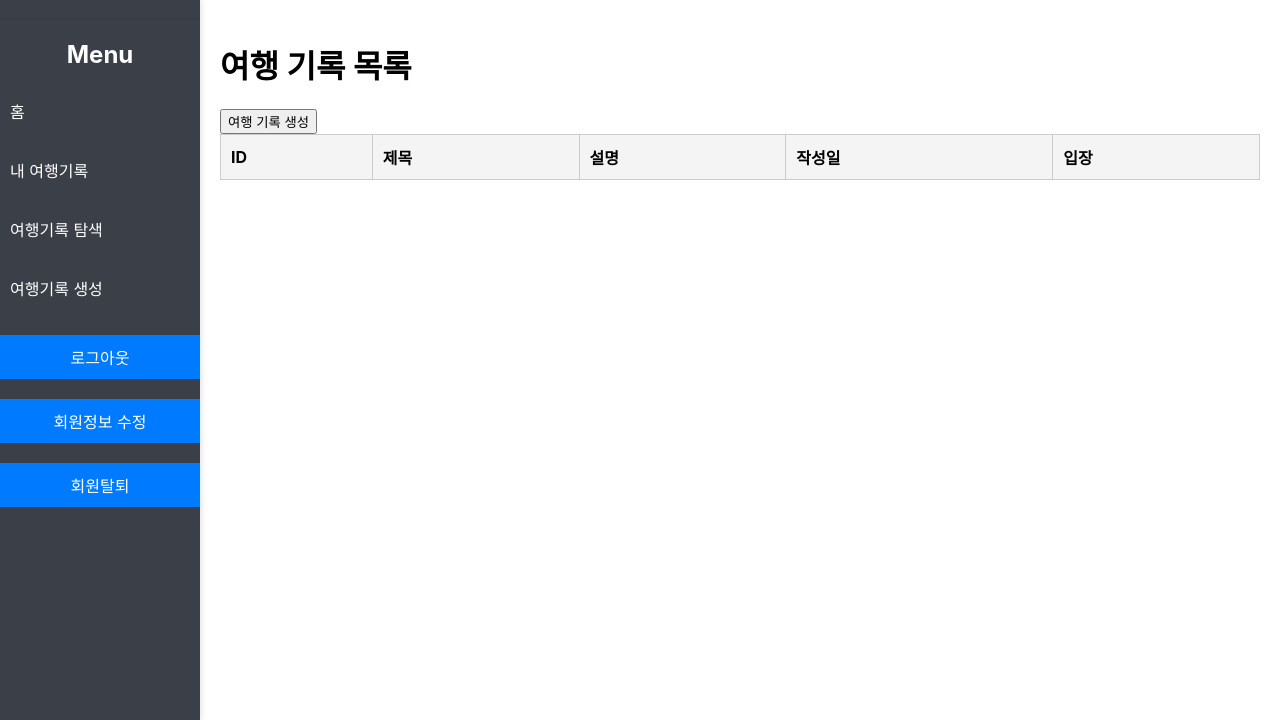
Repository: gimm5550/frontend2
Page: /mainlist
These files come from the project's save history. The page is drawn as it stood at one moment and after a run of saves; the edit follows.
The browser window is 1280 px wide. The pictures show the whole page.
The page's requests for data from a server got no answer. The project was rebuilt for these pictures with package versions that can differ from the ones it lists, and the page was loaded fresh each time. No one was signed in, and anything a server would have sent is missing. Also part of the build but not shown: src/url.js, src/components/common/KakaoLoginButton.js, src/components/FromServer.js, src/components/common/Footer.js, src/components/common/Header.js, src/components/layout/LandingPageLayout.js, src/components/LoginForm.js, src/components/layout/LoginFormLayout.js and 22 more.

Above is the page before, as saved 2024-11-20 17:35:49.

### public/index.html
<!DOCTYPE html>
<html lang="en">
  <head>
    <meta charset="utf-8" />
    <link rel="icon" href="%PUBLIC_URL%/favicon.ico" />
    <meta name="viewport" content="width=device-width, initial-scale=1" />
    <meta name="theme-color" content="#000000" />
    <meta
      name="description"
      content="Web site created using create-react-app"
    />
    <link rel="apple-touch-icon" href="%PUBLIC_URL%/logo192.png" />
    <!--
      manifest.json provides metadata used when your web app is installed on a
      user's mobile device or desktop. See https://developers.google.com/web/fundamentals/web-app-manifest/
    -->
    <link rel="manifest" href="%PUBLIC_URL%/manifest.json" />
    <!--
      Notice the use of %PUBLIC_URL% in the tags above.
      It will be replaced with the URL of the `public` folder during the build.
      Only files inside the `public` folder can be referenced from the HTML.

      Unlike "/favicon.ico" or "favicon.ico", "%PUBLIC_URL%/favicon.ico" will
      work correctly both with client-side routing and a non-root public URL.
      Learn how to configure a non-root public URL by running `npm run build`.
    -->
    <title>React App</title>
    <script src="https://developers.kakao.com/sdk/js/kakao.min.js"></script> <!-- 카카오 SDK 추가 -->
  </head>
  <body>
    <noscript>You need to enable JavaScript to run this app.</noscript>
    <div id="root"></div>
    <!--
      This HTML file is a template.
      If you open it directly in the browser, you will see an empty page.

      You can add webfonts, meta tags, or analytics to this file.
      The build step will place the bundled scripts into the <body> tag.

      To begin the development, run `npm start` or `yarn start`.
      To create a production bundle, use `npm run build` or `yarn build`.
    -->
  </body>
</html>

### src/index.js
import React from 'react';
import ReactDOM from 'react-dom/client';
import './index.css';
import App from './App';
import reportWebVitals from './reportWebVitals';
import { BrowserRouter } from 'react-router-dom';
// 카카오 SDK 초기화
if (window.Kakao) {
  window.Kakao.init("629a046bf0fa611328bd69bc1571aa3a"); // 카카오 JavaScript 키로 SDK 초기화
  console.log("Kakao SDK initialized:", window.Kakao.isInitialized());
}
const root = ReactDOM.createRoot(document.getElementById('root'));
root.render(
  <React.StrictMode>
    <BrowserRouter>
      <App />
    </BrowserRouter>
  </React.StrictMode>
);

// If you want to start measuring performance in your app, pass a function
// to log results (for example: reportWebVitals(console.log))
// or send to an analytics endpoint. Learn more: https://bit.ly/CRA-vitals
reportWebVitals();

### src/App.js
import React from 'react';
import './App.css';
import { Route, Routes, useLocation } from 'react-router-dom';
import LandingPageLayout from './components/layout/LandingPageLayout';
import routes from './routes';
import { AuthProvider } from './AuthContext'; // AuthProvider import
import MenuBar from "./components/common/MenuBar";

function App() {
  const location = useLocation(); // React Router의 useLocation 훅 사용

  const getRoutes = (allRoutes) =>
    allRoutes.map((route) => {
      if (route.route) {
        return (
          <Route
            exact
            path={route.route}
            element={route.component}
            key={route.key}
          />
        );
      }
      return null;
    });
  // 로그인 페이지 여부 확인
  const isLoginPage = location.pathname === '/login';

  return (
    <div className="App">
      <AuthProvider>
        {/* Flexbox 컨테이너 */}
        <div className="layout">
          <div class="menu-bar" style={{
              width: isLoginPage ? '0' : '200px' // 메뉴바가 없을 때는 전체 폭 사용
            }}>
            <MenuBar></MenuBar>
          </div>
          {/* 오른쪽 본문 */}
          <div className="main-content1">
            <Routes>
              {getRoutes(routes)}
              <Route path="*" element={<LandingPageLayout />} />
            </Routes>
          </div>
        </div>
      </AuthProvider>
    </div>
  );
}

export default App;

### src/App.css
/* 전체 Flexbox 레이아웃 */
.layout {
  display: flex; /* 메뉴바와 본문을 가로로 배치 */
  height: 100vh; /* 전체 화면 높이 */
  margin: 0;
  padding: 0;
  overflow: hidden; /* 스크롤바 숨김 */
}

/* 메뉴바 스타일 */
.menu-bar {
  flex-shrink: 0; /* 고정된 크기 유지 */
  width: 250px; /* 메뉴바 너비 */
  height: 100vh; /* 메뉴바 높이를 화면 전체에 맞춤 */
  background-color: #3b3f47; /* 메뉴바 배경색 */
  box-shadow: 2px 0 5px rgba(0, 0, 0, 0.1); /* 그림자 효과 */
  overflow: hidden; /* 스크롤바 완전히 제거 */
  box-sizing: border-box; /* 패딩 포함 크기 계산 */
  position: relative; /* Flexbox 레이아웃 안에서 위치 고정 */
  z-index: 10; /* 다른 요소 위에 배치 */
  color: #ffffff; /* 메뉴바 텍스트 색상 */
  display: flex;
  flex-direction: column; /* 항목을 세로로 정렬 */
  align-items: center; /* 항목을 왼쪽 정렬 */
  padding: 20px; /* 내부 여백 */
}

/* 메뉴 제목 스타일 */
.menu-bar h3 {
  margin: 0;
  padding: 0;
  font-size: 1.5rem;
  font-weight: bold;
  color: #ffffff; /* 제목 텍스트 색상 */
  margin-bottom: 20px; /* 아래 여백 추가 */
}

/* 메뉴 아이템 리스트 */
.menu-bar ul {
  list-style: none; /* 기본 리스트 스타일 제거 */
  padding: 0;
  margin: 0;
  width: 100%; /* 메뉴 리스트가 메뉴바의 전체 너비를 사용 */
}

/* 메뉴 아이템 스타일 */
.menu-bar ul li {
  margin-bottom: 15px; /* 각 메뉴 항목 간격 */
}

.menu-bar ul li a {
  text-decoration: none; /* 링크 밑줄 제거 */
  color: #ffffff; /* 링크 텍스트 색상 */
  font-size: 1rem;
  padding: 10px 15px; /* 링크 내부 여백 */
  border-radius: 5px; /* 링크 모서리를 둥글게 */
  display: block; /* 블록 요소로 설정 */
  transition: background-color 0.3s ease; /* 배경색 전환 효과 */
}

.menu-bar ul li a:hover {
  background-color: #5c5f67; /* 호버 시 배경색 변경 */
  color: #ffffff; /* 호버 시 텍스트 색상 유지 */
}

/* 메뉴바 버튼 스타일 */
.menu-bar button {
  width: 100%; /* 버튼이 메뉴바의 전체 너비를 사용 */
  margin: 10px 0; /* 버튼 간격 */
  padding: 10px 15px; /* 버튼 내부 여백 */
  font-size: 1rem;
  color: #ffffff; /* 버튼 텍스트 색상 */
  background-color: #007bff; /* 기본 배경색 (파란색) */
  border: none; /* 테두리 제거 */
  border-radius: 5px; /* 모서리를 둥글게 */
  cursor: pointer; /* 마우스 포인터 변경 */
  transition: background-color 0.3s ease; /* 배경색 전환 효과 */
}

.menu-bar button:hover {
  background-color: #0056b3; /* 호버 시 배경색 어둡게 */
}

/* 본문 영역 스타일 */
.main-content1 {
  flex: 1; /* 남은 공간을 유동적으로 채움 */
  overflow-y: auto; /* 세로 스크롤 허용 */
  padding: 20px; /* 내부 여백 */
  background-color: #ffffff; /* 본문 배경색 */
  box-sizing: border-box; /* 패딩 포함 크기 계산 */
}

/* 여백 제거 */
body, html {
  margin: 0;
  padding: 0;
  width: 100%;
  height: 100%;
}
.comments-section {
  margin: 20px auto;
  max-width: 10000px;
  padding: 20px;
  background-color: #f9f9f9;
  border-radius: 10px;
  box-shadow: 0 4px 10px rgba(0, 0, 0, 0.1);
}

.comments-title {
  font-size: 1.5rem;
  margin-bottom: 10px;
  color: #333;
}

.comments-list {
  list-style: none;
  padding: 0;
  margin: 0;
}

.comment-item {
  margin-bottom: 15px;
  padding: 10px;
  background: #fff;
  border-radius: 8px;
  box-shadow: 0 2px 5px rgba(0, 0, 0, 0.1);
}

.comment-header {
  display: flex;
  justify-content: space-between;
  margin-bottom: 5px;
  font-size: 0.9rem;
  color: #555;
}

.comment-author {
  font-weight: bold;
}

.comment-timestamp {
  font-size: 0.8rem;
  color: #999;
}

.comment-content {
  font-size: 1rem;
  color: #333;
  margin: 0;
}

.comment-form {
  display: flex;
  flex-direction: column;
  gap: 10px;
  margin-top: 20px;
}

.comment-input,
.comment-textarea {
  width: 100%;
  padding: 10px;
  border: 1px solid #ccc;
  border-radius: 5px;
  font-size: 1rem;
  background: #fff;
}

.comment-input:focus,
.comment-textarea:focus {
  outline: none;
  border-color: #007bff;
}

.comment-submit-button {
  align-self: flex-end;
  padding: 10px 20px;
  background-color: #007bff;
  color: white;
  border: none;
  border-radius: 5px;
  cursor: pointer;
  font-size: 1rem;
  transition: background-color 0.3s ease;
}

.comment-submit-button:hover {
  background-color: #0056b3;
}
.map-container {
  display: flex;
  width: 100%;
  height: 100vh; /* 화면 전체 높이 */
}

.google_map {
  flex: 1; /* 지도는 가변적으로 남은 공간을 차지 */
  height: 100%;
}

.place_info {
  width: 300px; /* 고정된 너비 */
  background-color: #f9f9f9;
  display: flex;
  justify-content: center;
  align-items: center;
  border-left: 1px solid #ccc; /* 지도와 구분선을 추가 */
  padding: 20px;
  box-sizing: border-box;
}

### src/routes.js
import LoginFormLayout from "./components/layout/LoginFormLayout";
import UserDetailLayout from "./components/layout/UserDetailLayout";
import RegisterFormLayout from "./components/layout/RegisterFormLayout";
import MainListLayout from "./components/layout/MainListLayout"; // community_detail
import CommunityDetailLauout from "./components/layout/community_detailLayout";
import NewCommunityLayout from "./components/layout/NewCommunityLayout";
import CommunityViewLayout from "./components/layout/CommunityViewLayout"; // AdminClient
import AdminClientLayout from "./components/layout/AdminClientLayout";
import EditFormLayout from "./components/layout/EditFormLayout";
import GoogleMapLayout from "./components/layout/GoogleMapLayout"; // MyTravelLayout
import MyTravelLayout from "./components/layout/MyTravelLayout";
import MyTravelLayout_BypolylineId from "./components/layout/MyTravelLayout_BypolylineId";
import TravelLayout from "./components/layout/TravelLayout";
const routes = [
    {
        name:"UserDetail",
        key:"userDetail",
        route:"/user-detail/:userId",
        component:<UserDetailLayout></UserDetailLayout>
    },
    {
        name:"LoginForm",
        key:"loginForm",
        route:"/login",
        component:<LoginFormLayout></LoginFormLayout>
    },
    {
        name:"RegisterForm",
        key:"RegisterForm",
        route:"/register",
        component:<RegisterFormLayout></RegisterFormLayout>
    },
    {
        name:"MainList",
        key:"MainList",
        route:"/mainlist",
        component:<MainListLayout></MainListLayout>
    },
    {
        name:"community_detail",
        key:"community_detail",
        route:"/community_detail",
        component:<CommunityDetailLauout></CommunityDetailLauout>
    },
    {
        name:"new_community",
        key:"new_community",
        route:"/new_community",
        component:<NewCommunityLayout></NewCommunityLayout>
    },
    {
        name:"CommunityView",
        key:"CommunityView",
        route:"/CommunityView",
        component:<CommunityViewLayout></CommunityViewLayout>
    },
    {
        name: "CommunityView",
        key: "communityView",
        route: "/CommunityView/:id", // ID를 URL 매개변수로 받도록 수정
        component: <CommunityViewLayout></CommunityViewLayout>
    },
    {
        name: "AdminClient",
        key: "AdminClient",
        route: "/AdminClient/:id", // ID를 URL 매개변수로 받도록 수정
        component: <AdminClientLayout></AdminClientLayout>
    },
    {
        name: "community_detail",
        key: "community_detail",
        route: '/community_detail/:id', // ID를 URL 매개변수로 받도록 수정
        component: <CommunityDetailLauout></CommunityDetailLauout>
    },
    {
        name: "new_community",
        key: "new_community",
        route: '/new_community/:id', // ID를 URL 매개변수로 받도록 수정 `/CommunityView/${id}/${communityId}`
        component: <NewCommunityLayout></NewCommunityLayout>
    },
    {
        name: "new_community",
        key: "new_community",
        route: '/CommunityView/:id/:communityId',
        component: <CommunityViewLayout></CommunityViewLayout>
    },
    {
        name:"EditForm",
        key:"EditForm",
        route:"/edit_info",
        component:<EditFormLayout></EditFormLayout>
    },
    {
        name:"GoogleMap",
        route: "/GoogleMap",
        component: <GoogleMapLayout />, // GoogleMapLayout 컴포넌트 연결
        key: "google-map",
    },
    {
        name:"MyTravel",
        route: "/MyTravel",
        component: <MyTravelLayout />, // GoogleMapLayout 컴포넌트 연결
        key: "MyTravel",
    },
    {
        name:"MyTravel_BypolylineId",
        route: "/MyTravel/:polylineId",
        component: <MyTravelLayout_BypolylineId />, // GoogleMapLayout 컴포넌트 연결
        key: "MyTravel_BypolylineId",
    },
    {
        name:"Travel",
        route: "/Travel",
        component: <TravelLayout />, // GoogleMapLayout 컴포넌트 연결
        key: "Travel",
    },
]
export default routes;

### src/AuthContext.js
import React, { createContext, useContext, useState } from 'react';

const AuthContext = createContext();

export const AuthProvider = ({ children }) => {
    const [user, setUser] = useState(null); // 로그인한 사용자 정보를 저장할 상태

    const login = (userData) => {
        setUser(userData); // 로그인 시 사용자 정보 저장
    };

    const logout = () => {
        setUser(null); // 로그아웃 시 사용자 정보 초기화
    };

    return (
        <AuthContext.Provider value={{ user, login, logout }}>
            {children}
        </AuthContext.Provider>
    );
};

// 사용자 정보를 가져오는 커스텀 훅
export const useAuth = () => {
    return useContext(AuthContext);
};

### src/components/common/MenuBar.js
import React, { useState, useEffect } from "react";
import { Link } from "react-router-dom";
import "../../App.css";
import { useNavigate } from "react-router-dom";
import api from "../../api";

const MenuBar = () => {
  const [isMenuOpen, setIsMenuOpen] = useState(true);
  const [user, setUser] = useState(null);
  const navigate = useNavigate();

  const handleLogout = () => {
    console.log("로그아웃 처리");
    localStorage.removeItem("user");
    navigate("/login");
  };

  useEffect(() => {
    const userData = JSON.parse(localStorage.getItem("user"));
    setUser(userData);
  }, []);

  const handleEditProfile = () => {
    console.log("회원정보 수정 페이지로 이동");
    navigate("/edit_info");
  };

  const handleDelete = () => {
    if (window.confirm("정말로 회원탈퇴를 하시겠습니까?")) {
      console.log("회원탈퇴 진행 중...");
      api
        .deleteUser(user.id)
        .then((response) => {
          console.log("회원탈퇴 성공:", response.data);
          alert("회원탈퇴가 완료되었습니다.");
          localStorage.removeItem("user");
          navigate("/login");
        })
        .catch((error) => {
          console.error("회원탈퇴 실패:", error);
          alert("회원탈퇴 처리 중 오류가 발생했습니다.");
        });
    }
  };

  return (
    <>
      {isMenuOpen && (
        <div className="menu-bar">
          <h3 className="menu-title">Menu</h3>
          <ul className="menu-list">
            <li className="menu-item">
              <Link to="/mainlist">홈</Link>
            </li>
            <li className="menu-item">
              <Link to="/MyTravel">내 여행기록</Link>
            </li>
            <li className="menu-item">
              <Link to="/Travel">여행기록 탐색</Link>
            </li>
            <li className="menu-item">
              <Link to="/GoogleMap">여행기록 생성</Link>
            </li>
          </ul>
          <button onClick={handleLogout}>로그아웃</button>
          <button onClick={handleEditProfile}>회원정보 수정</button>
          <button onClick={handleDelete}>회원탈퇴</button>
        </div>
      )}
    </>
  );
};

export default MenuBar;

### src/components/layout/CommonLayout.js
import Footer from "../common/Footer";
import Header from "../common/Header";
import MenuBar from "../common/MenuBar"; // MenuBar 컴포넌트 추가
// <MenuBar />
export default function CommonLayout({ children }) {
  return (
    <div className="common-layout">
      <div className="main-content2">
        {children}
      </div>
    </div>
  );
}

### src/components/layout/MainListLayout.js
import MainList from "../MainList";
import CommonLayout from "./CommonLayout";
export default function MainListLayout(){
    return<div>
            <CommonLayout>
                <MainList></MainList>
            </CommonLayout>
        </div>

}

### src/components/MainList.js
import React, { useEffect, useState } from "react";
import api from '../api'; // API 모듈 import
import { useNavigate } from "react-router-dom";
import '../MainList.css'; // CSS 파일 import

export default function MainList() {
    const [travelRecords, setTravelRecords] = useState([]); // 여행 기록 상태
    const [isPopupOpen, setIsPopupOpen] = useState(false); // 팝업 상태
    const [newRecord, setNewRecord] = useState({
        title: '',
        description: ''
    }); // 새로운 여행 기록 상태
    const navigate = useNavigate();

    // 여행 기록 가져오기
    const fetchTravelRecords = () => {
        api.list() // 여행 기록 목록을 가져오는 API 호출
            .then(response => {
                console.log("response!!!:", response)
                const { data } = response.data; // 서버에서 반환된 데이터 구조를 맞춤
                setTravelRecords(data); // 데이터를 상태에 저장
            })
            .catch(err => {
                console.error("여행 기록을 가져오는 중 오류 발생:", err);
            });
    };

    useEffect(() => {
        fetchTravelRecords(); // 컴포넌트가 마운트될 때 여행 기록 목록 가져오기
    }, []);

    const handleInputChange = (e) => {
        const { name, value } = e.target;
        setNewRecord(prevState => ({
            ...prevState,
            [name]: value
        }));
    };

    const handleCreateSubmit = async () => {
        try {
            // 새로운 여행 기록 생성 API 호출
            await api.createTravelRecord(newRecord.title, newRecord.description);
            alert("여행 기록이 생성되었습니다.");
            setIsPopupOpen(false); // 팝업 닫기
            fetchTravelRecords(); // 여행 기록 목록 새로고침
        } catch (err) {
            console.error("여행 기록 생성 중 오류 발생:", err);
            alert("여행 기록 생성 중 오류가 발생했습니다.");
        }
    };

    const handleEnterCommunity = (id) => {
        navigate(`/community_detail/${id}`); // 지정된 경로로 이동
    };

    return (
        <div>
            <h1>여행 기록 목록</h1>
            <button onClick={() => setIsPopupOpen(true)}>여행 기록 생성</button> {/* 여행 기록 생성 버튼 */}
            <table>
                <thead>
                    <tr>
                        <th>ID</th>
                        <th>제목</th>
                        <th>설명</th>
                        <th>작성일</th>
                        <th>입장</th>
                    </tr>
                </thead>
                <tbody>
                    {travelRecords.map(record => (
                        <tr key={record.id}>
                            <td>{record.id}</td>
                            <td>{record.title}</td>
                            <td>{record.description}</td>
                            <td>{new Date(record.createdDate).toLocaleString()}</td>
                            <td>
                                <button onClick={() => handleEnterCommunity(record.id)}>입장</button>
                            </td>
                        </tr>
                    ))}
                </tbody>
            </table>

            {/* 팝업창 */}
            {isPopupOpen && (
                <div className="popup-overlay">
                    <div className="popup">
                        <h2>여행 기록 생성</h2>
                        <label>
                            제목:
                            <input
                                type="text"
                                name="title"
                                value={newRecord.title}
                                onChange={handleInputChange}
                            />
                        </label>
                        <label>
                            설명:
                            <textarea
                                name="description"
                                value={newRecord.description}
                                onChange={handleInputChange}
                            />
                        </label>
                        <button onClick={handleCreateSubmit}>생성</button>
                        <button onClick={() => setIsPopupOpen(false)}>취소</button>
                    </div>
                </div>
            )}
        </div>
    );
}

### src/MainList.css
table {
    width: 100%;
    border-collapse: collapse; /* 경계선 겹치지 않도록 설정 */
}

th, td {
    border: 1px solid #ccc; /* 테두리 색상 */
    padding: 10px; /* 여백 */
    text-align: left; /* 왼쪽 정렬 */
}

th {
    background-color: #f4f4f4; /* 헤더 배경색 */
}

tr:hover {
    background-color: #f1f1f1; /* 마우스 오버 시 배경색 */
}
.popup-overlay {
    position: fixed;
    top: 0;
    left: 0;
    right: 0;
    bottom: 0;
    background: rgba(0, 0, 0, 0.5); /* 반투명 배경 */
    display: flex;
    justify-content: center;
    align-items: center;
    z-index: 1000; /* 다른 요소들 위에 위치하게 */
}

.popup {
    background: white;
    padding: 20px;
    border-radius: 5px;
    box-shadow: 0 2px 10px rgba(0, 0, 0, 0.1);
}

label {
    display: block;
    margin-bottom: 10px;
}

input {
    width: 100%;
    padding: 8px;
    margin-top: 5px;
    box-sizing: border-box; /* padding 포함해서 사이즈 조정 */
}
/* MainList.css */

/* 전체 컨테이너 스타일 */
.community-view {
    max-width: 800px; /* 최대 너비 */
    margin: 20px auto; /* 중앙 정렬 */
    padding: 20px; /* 안쪽 여백 */
    border: 1px solid #e0e0e0; /* 테두리 */
    border-radius: 8px; /* 모서리 둥글게 */
    background-color: #ffffff; /* 배경색 */
    box-shadow: 0 2px 10px rgba(0, 0, 0, 0.1); /* 그림자 */
}

/* 제목 스타일 */
.community-view h1 {
    font-size: 2rem; /* 큰 제목 크기 */
    color: #333; /* 제목 색상 */
    margin-bottom: 15px; /* 아래 여백 */
}

/* 부제목 스타일 */
.community-view h2 {
    font-size: 1.5rem; /* 부제목 크기 */
    color: #555; /* 부제목 색상 */
    margin: 10px 0; /* 위아래 여백 */
}

/* 본문 스타일 */
.community-view p {
    font-size: 1rem; /* 본문 크기 */
    color: #666; /* 본문 색상 */
    line-height: 1.5; /* 줄 간격 */
    margin-bottom: 20px; /* 아래 여백 */
}

/* 댓글 목록 스타일 */
.community-view ul {
    list-style-type: none; /* 기본 목록 스타일 제거 */
    padding: 0; /* 기본 여백 제거 */
}

.community-view li {
    background-color: #f9f9f9; /* 댓글 배경 색상 */
    border: 1px solid #e0e0e0; /* 댓글 테두리 */
    border-radius: 5px; /* 댓글 모서리 둥글게 */
    padding: 10px; /* 댓글 안쪽 여백 */
    margin-bottom: 10px; /* 댓글 사이 여백 */
}

/* 댓글 작성 입력창 스타일 */
.community-view input[type="text"] {
    width: 100%; /* 너비 100% */
    padding: 10px; /* 안쪽 여백 */
    border: 1px solid #ccc; /* 테두리 */
    border-radius: 5px; /* 모서리 둥글게 */
    margin-bottom: 10px; /* 아래 여백 */
}

/* 댓글 추가 버튼 스타일 */
.community-view button {
    padding: 10px 15px; /* 안쪽 여백 */
    background-color: #4CAF50; /* 버튼 배경 색상 */
    color: white; /* 글자 색상 */
    border: none; /* 테두리 없음 */
    border-radius: 5px; /* 모서리 둥글게 */
    cursor: pointer; /* 마우스 커서 */
    transition: background-color 0.3s; /* 배경 색상 변화 효과 */
}

.community-view button:hover {
    background-color: #45a049; /* 호버 시 색상 변화 */
}

/* 오류 메시지 스타일 */
.error-message {
    color: red; /* 오류 메시지 색상 */
    font-weight: bold; /* 굵게 */
    margin-bottom: 15px; /* 아래 여백 */
}

/* MainList.css */

/* 전체 컨테이너 스타일 */
.admin-client-container {
    display: flex;
    justify-content: space-between;
    padding: 20px;
}

/* 각 목록 박스 스타일 */
.client-box {
    flex: 1;
    margin: 0 10px; /* 좌우 여백 */
    border: 1px solid #ccc;
    border-radius: 8px;
    padding: 15px;
    background-color: #f9f9f9; /* 연한 배경색 */
    box-shadow: 0 2px 4px rgba(0, 0, 0, 0.1); /* 그림자 효과 */
}

/* 제목 스타일 */
.client-box h2 {
    text-align: center;
    color: #333; /* 제목 색상 */
}

/* 목록 아이템 스타일 */
.client-item {
    display: flex;
    justify-content: space-between;
    align-items: center;
    padding: 8px 0; /* 위아래 여백 */
    border-bottom: 1px solid #eee; /* 구분선 */
}

/* 마지막 아이템 구분선 제거 */
.client-item:last-child {
    border-bottom: none;
}

/* 버튼 스타일 */
.client-item button {
    background-color: #007bff; /* 버튼 색상 */
    color: white;
    border: none;
    border-radius: 5px;
    padding: 5px 10px;
    cursor: pointer;
    transition: background-color 0.3s; /* 색상 변화 효과 */
}

.client-item button:hover {
    background-color: #0056b3; /* 호버 시 색상 변화 */
}

/* 오류 메시지 스타일 */
.error-message {
    color: red; /* 오류 메시지 색상 */
    text-align: center; /* 가운데 정렬 */
    margin-bottom: 10px; /* 아래쪽 여백 */
}

Loaded but not shown: src/index.css (common file); src/reportWebVitals.js (common file); src/api.js (245 lines, source omitted)

After the next 2 saves:
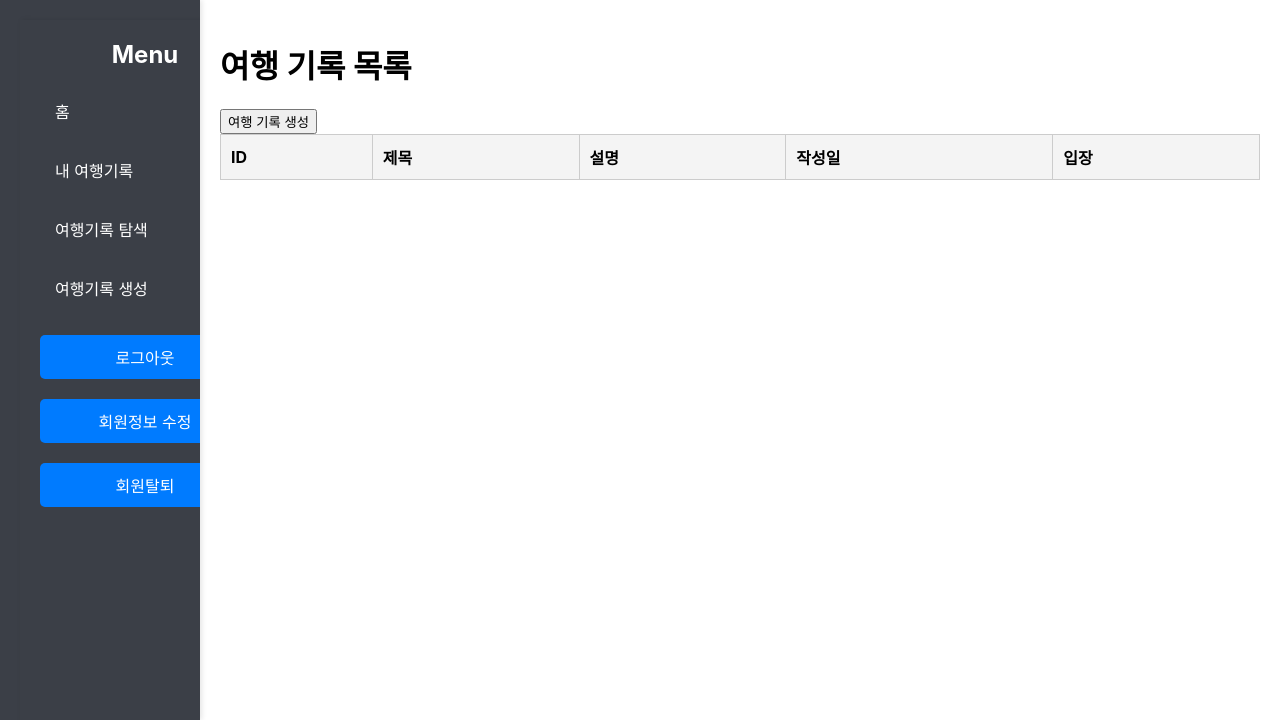
The 2 saves are shown as one change because 1 did not build or start.
The last was saved 119 s later.
--- a/src/App.js
+++ b/src/App.js
@@ -32,8 +32,9 @@ function App() {
         {/* Flexbox 컨테이너 */}
         <div className="layout">
           <div class="menu-bar" style={{
-              width: isLoginPage ? '0' : '200px' // 메뉴바가 없을 때는 전체 폭 사용
-            }}>
+    display: isLoginPage ? 'none' : 'block', // 로그인 페이지에서는 완전히 숨김
+    width: isLoginPage ? '0' : '200px',
+  }}>
             <MenuBar></MenuBar>
           </div>
           {/* 오른쪽 본문 */}
